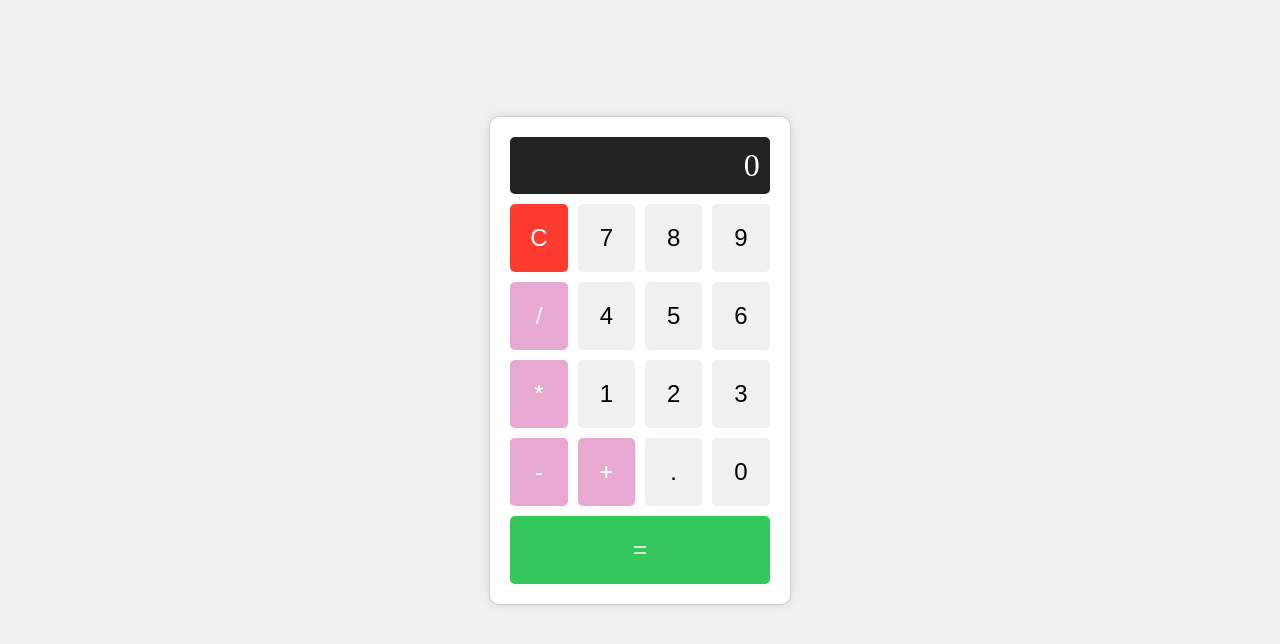
Repository: alizey12/calculator
Page: index.html
These files come from the project's save history. The page is drawn as it stood at one moment and after the next save; the edit follows.
The browser window is 1280 px wide. The pictures show the whole page.

Above is the page before, as saved 2024-11-23 18:38:00.

### index.html
<!DOCTYPE html>
<html lang="en">
<head>
    <meta charset="UTF-8">
    <meta name="viewport" content="width=device-width, initial-scale=1.0">
    <title>Document</title>
    <link rel="stylesheet" href="styles.css">
</head>
<body>


        <div class="calculator">
            <div class="display" id="display">0</div>
            <div class="buttons">

                <!--




               -->
                <button class="btn" id="clear">C</button>
                <button class="btn">7</button>
                <button class="btn">8</button>
                <button class="btn">9</button>
                <button class="btn operator">/</button>
                <button class="btn">4</button>
                <button class="btn">5</button>
                <button class="btn">6</button>
                <button class="btn operator">*</button>
                <button class="btn">1</button>
                <button class="btn">2</button>
                <button class="btn">3</button>
                <button class="btn operator">-</button>
                <button class="btn operator">+</button>
                <button class="btn">.</button>
                <button class="btn">0</button>
                <button class="btn operator" id="equals">=</button>


            </div>
        </div>


    <script src="script.js"></script>
</body>
</html>

### styles.css
body {
    display: flex;
    justify-content: center;
    align-items: center;
    height: 100vh;
    background-color: #f0f0f0;
    margin: 0;
}

.calculator {
    border: 1px solid #ccc;
    border-radius: 10px;

    padding: 20px;
    background-color: #fff;
    box-shadow: 0 0 10px rgba(0, 0, 0, 0.1);
}

.display {
    font-size: 2em;
    margin-bottom: 10px;
    padding: 10px;

    background-color: #222;
    color: #fff;
    text-align: right;
    border-radius: 5px;
}
#display{
    height: 80%;
}
.buttons {
    display: grid;
    grid-template-columns: repeat(4, 1fr);
    gap: 10px;
}

.btn {
    padding: 20px;
    font-size: 1.5em;
    border: none;
    border-radius: 5px;
    background-color: #f0f0f0;
    cursor: pointer;
}

.btn.operator {
    background-color: #e7a9d2;
    color: #fff;
}

.btn#clear {
    background-color: #ff3b30;
    color: #fff;
}

.btn#equals {
    grid-column: span 4;
    background-color: #34c759;
    color: #fff;
}

Loaded but not shown: script.js (no copy from this time; the picture is the same without it)

After the next save:
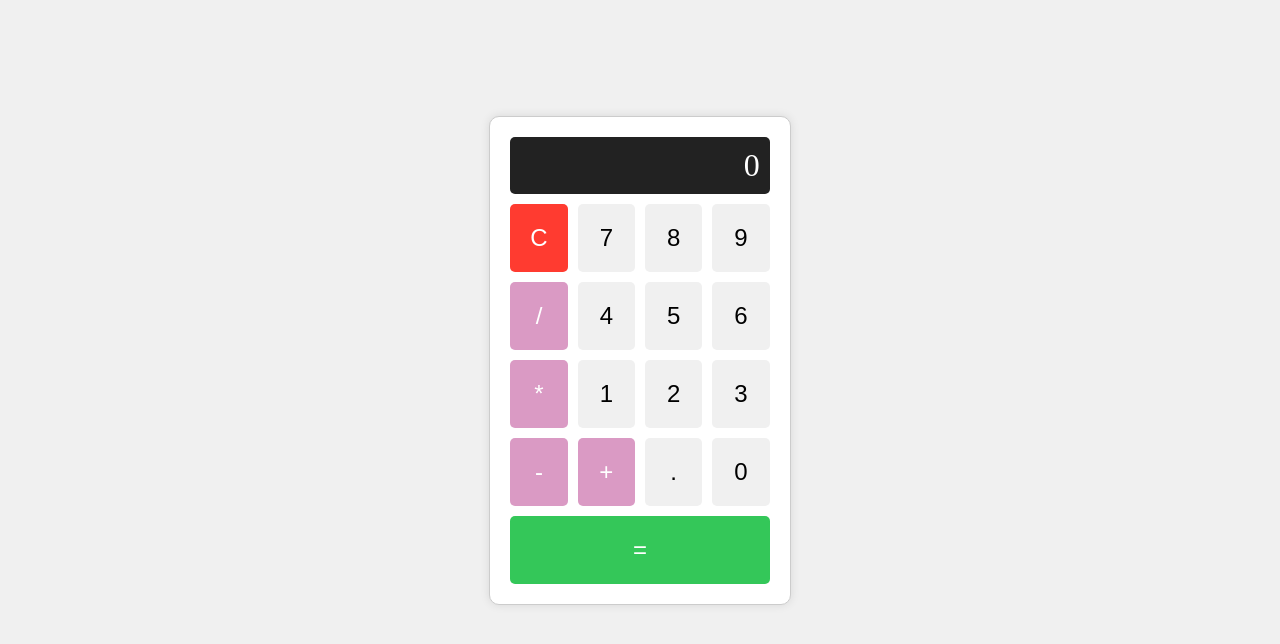
Saved 4 s later.
--- a/styles.css
+++ b/styles.css
@@ -45,7 +45,7 @@ body {
 }
 
 .btn.operator {
-    background-color: #e7a9d2;
+    background-color: #da9ac4;
     color: #fff;
 }
 
